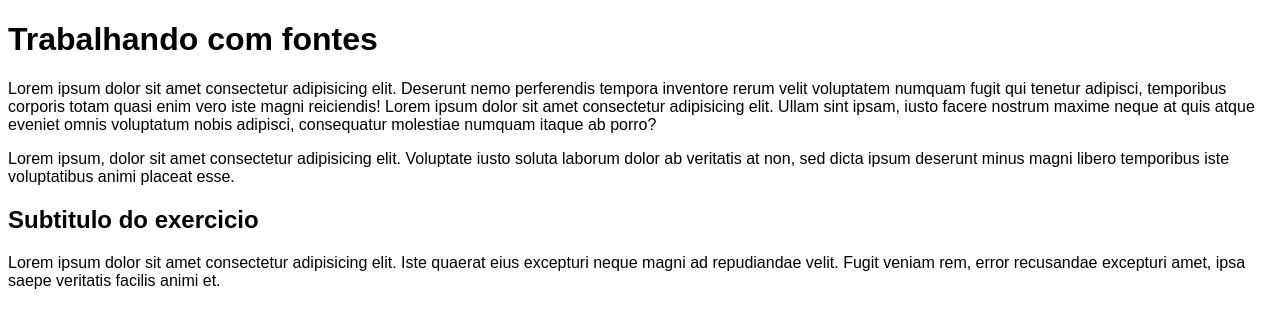
Repository: Iamjordana/html-css
Page: Html Css/Exercicios/ex017/index.html
An editor plug-in stored every save of this project. The page is shown before and after a run of saves, followed by the edit.
The browser window is 1280 px wide. The pictures show the whole page.

Above is the page before, as saved 2025-01-28 17:53:44.

### Html Css/Exercicios/ex017/index.html
<!DOCTYPE html>
<html lang="pt-br">
<head>
    <meta charset="UTF-8">
    <meta name="viewport" content="width=device-width, initial-scale=1.0">
    <title>Fontes em CSS</title>
    <style>
        body{
            font-family:Arial, Helvetica, sans-serif;
            /*
            Medidas Absolutas
            cm, mm, in, px, pt, pc

            Medidas Relativas
            em, ex, %, rem, vw, vh, vmin, vmax
            */
            font-size: 16px;
        }
    </style>
</head>
<body>
    <h1>Trabalhando com fontes</h1>
    <p>Lorem ipsum dolor sit amet consectetur adipisicing elit. Deserunt nemo perferendis tempora inventore rerum velit voluptatem numquam fugit qui tenetur adipisci, temporibus corporis totam quasi enim vero iste magni reiciendis! Lorem ipsum dolor sit amet consectetur adipisicing elit. Ullam sint ipsam, iusto facere nostrum maxime neque at quis atque eveniet omnis voluptatum nobis adipisci, consequatur molestiae numquam itaque ab porro?</p>
    <p>Lorem ipsum, dolor sit amet consectetur adipisicing elit. Voluptate iusto soluta laborum dolor ab veritatis at non, sed dicta ipsum deserunt minus magni libero temporibus iste voluptatibus animi placeat esse.</p>
    <h2>Subtitulo do exercicio</h2>
    <p>Lorem ipsum dolor sit amet consectetur adipisicing elit. Iste quaerat eius excepturi neque magni ad repudiandae velit. Fugit veniam rem, error recusandae excepturi amet, ipsa saepe veritatis facilis animi et.</p>

</body>
</html>

After the next 2 saves:
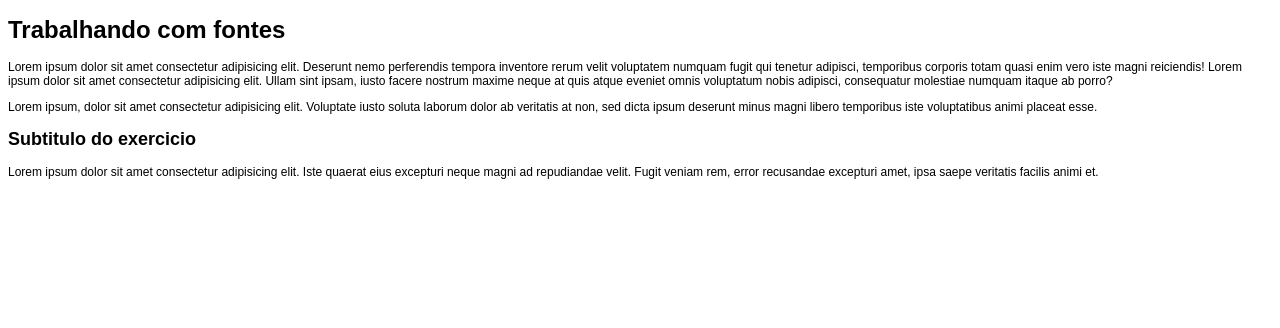
The 2 saves are shown as one change because they came seconds apart.
The last was saved 21 s later.
--- a/Html Css/Exercicios/ex017/index.html
+++ b/Html Css/Exercicios/ex017/index.html
@@ -14,7 +14,7 @@
             Medidas Relativas
             em, ex, %, rem, vw, vh, vmin, vmax
             */
-            font-size: 16px;
+            font-size: 12px;
         }
     </style>
 </head>

After the save that followed:
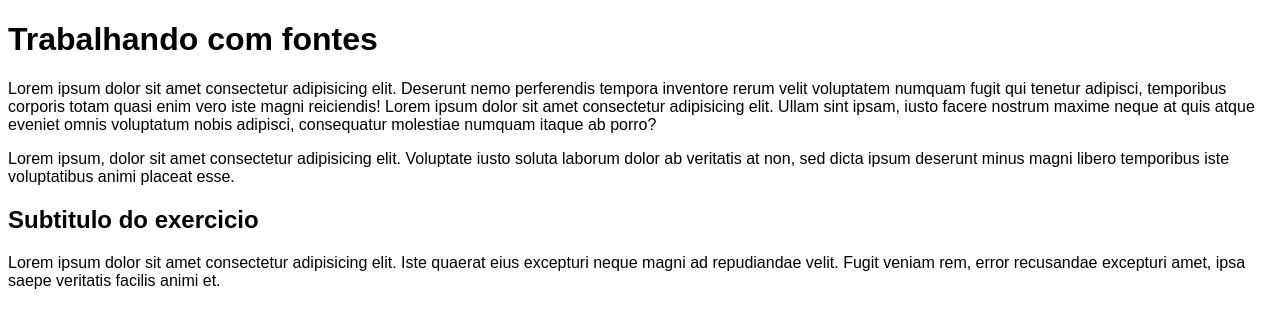
Saved 5 s later.
--- a/Html Css/Exercicios/ex017/index.html
+++ b/Html Css/Exercicios/ex017/index.html
@@ -14,7 +14,7 @@
             Medidas Relativas
             em, ex, %, rem, vw, vh, vmin, vmax
             */
-            font-size: 12px;
+            font-size: 16px;
         }
     </style>
 </head>
